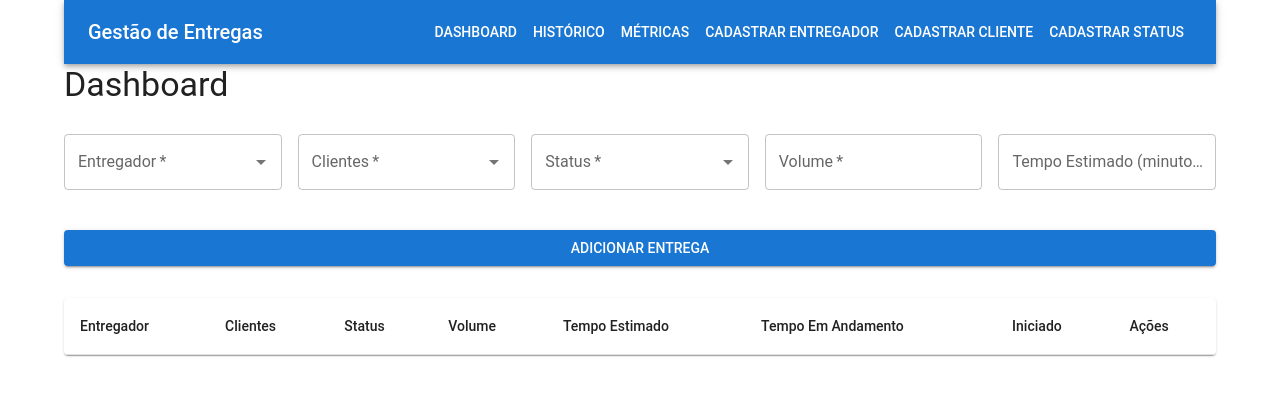
Repository: feliperanon/mobilegestao
Page: /dashboard (app in frontend/)
These files come from the project's save history. The page is drawn as it stood at one moment and after the next save; the edit follows.
The browser window is 1280 px wide. The pictures show the whole page.
The page's requests for data from a server got no answer. The project was rebuilt for these pictures with package versions that can differ from the ones it lists, and the page was loaded fresh each time. No one was signed in, and anything a server would have sent is missing. Also part of the build but not shown: frontend/webpack.config.js, frontend/src/pages/Home.js, frontend/src/pages/History.js, frontend/src/pages/Analysis.js, frontend/src/components/Login.js, frontend/src/components/Register.js, frontend/src/components/AddEntregador.js, frontend/src/components/AddCliente.js and 2 more.

Above is the page before, as saved 2024-07-20 19:33:37.

After the next save:
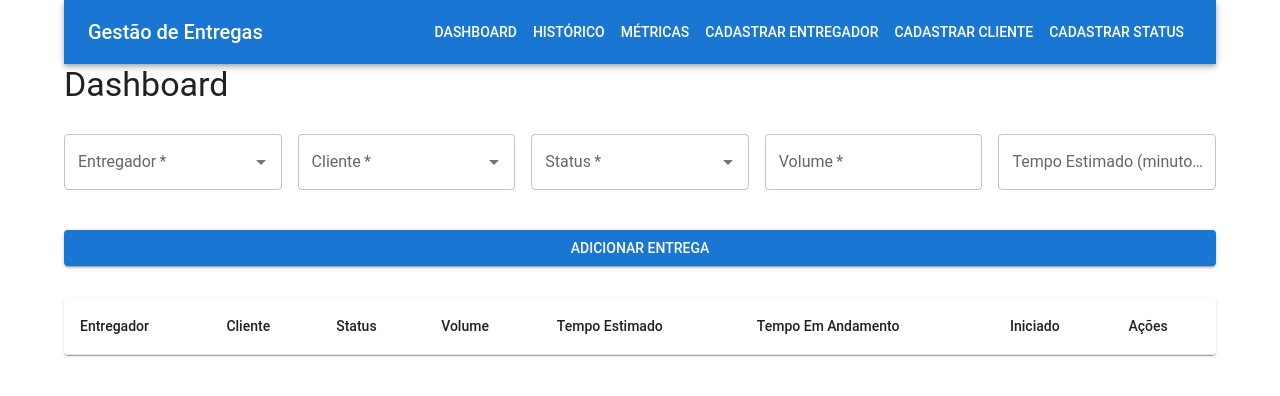
Saved 4 min 19 s later.
--- a/frontend/src/components/Dashboard.js
+++ b/frontend/src/components/Dashboard.js
@@ -31,15 +31,13 @@
   const [clientes, setClientes] = useState([]);
   const [statusList, setStatusList] = useState([]);
   const [entregador, setEntregador] = useState(null);
-  const [selectedClientes, setSelectedClientes] = useState([]);
+  const [cliente, setCliente] = useState(null);
   const [status, setStatus] = useState(null);
   const [volume, setVolume] = useState('');
   const [tempoEstimado, setTempoEstimado] = useState('');
   const [editDialogOpen, setEditDialogOpen] = useState(false);
   const [editDeliveryId, setEditDeliveryId] = useState(null);
   const [editEntregador, setEditEntregador] = useState(null);
-  const [deleteDialogOpen, setDeleteDialogOpen] = useState(false);
-  const [deleteDeliveryId, setDeleteDeliveryId] = useState(null);
 
   useEffect(() => {
     const fetchData = async () => {
@@ -79,7 +77,7 @@
     try {
       const res = await axios.post('http://localhost:5008/api/deliveries', {
         entregador: entregador?.nome,
-        clientes: selectedClientes.map(cliente => cliente.nome),
+        cliente: cliente?.nome,
         status: status?.nome,
         volume,
         tempoEstimado,
@@ -89,7 +87,7 @@
         tempoEmAndamento: 0
       }, ...deliveries]);
       setEntregador(null);
-      setSelectedClientes([]);
+      setCliente(null);
       setStatus(null);
       setVolume('');
       setTempoEstimado('');
@@ -124,12 +122,11 @@
     }
   };
 
-  const handleDelete = async () => {
-    try {
-      await axios.delete(`http://localhost:5008/api/deliveries/${deleteDeliveryId}`);
-      const updatedDeliveries = deliveries.filter((delivery) => delivery._id !== deleteDeliveryId);
-      setDeliveries(updatedDeliveries);
-      closeDeleteDialog();
+  const handleDelete = async (id) => {
+    try {
+      await axios.delete(`http://localhost:5008/api/deliveries/${id}`);
+      const updatedDeliveries = deliveries.filter((delivery) => delivery._id !== id);
+      setDeliveries(updatedDeliveries);
     } catch (err) {
       console.error(err);
     }
@@ -145,16 +142,6 @@
     setEditDialogOpen(false);
     setEditDeliveryId(null);
     setEditEntregador(null);
-  };
-
-  const openDeleteDialog = (id) => {
-    setDeleteDeliveryId(id);
-    setDeleteDialogOpen(true);
-  };
-
-  const closeDeleteDialog = () => {
-    setDeleteDialogOpen(false);
-    setDeleteDeliveryId(null);
   };
 
   return (
@@ -173,12 +160,11 @@
           sx={{ flex: 1 }}
         />
         <Autocomplete
-          multiple
           options={clientes}
           getOptionLabel={(option) => option.nome}
-          value={selectedClientes}
-          onChange={(event, newValue) => setSelectedClientes(newValue)}
-          renderInput={(params) => <TextField {...params} label="Clientes" margin="normal" fullWidth required />}
+          value={cliente}
+          onChange={(event, newValue) => setCliente(newValue)}
+          renderInput={(params) => <TextField {...params} label="Cliente" margin="normal" fullWidth required />}
           sx={{ flex: 1 }}
         />
         <Autocomplete
@@ -218,7 +204,7 @@
           <TableHead>
             <TableRow>
               <TableCell>Entregador</TableCell>
-              <TableCell>Clientes</TableCell>
+              <TableCell>Cliente</TableCell>
               <TableCell>Status</TableCell>
               <TableCell>Volume</TableCell>
               <TableCell>Tempo Estimado</TableCell>
@@ -231,7 +217,7 @@
             {deliveries.map((delivery) => (
               <TableRow key={delivery._id}>
                 <TableCell>{delivery.entregador}</TableCell>
-                <TableCell>{(delivery.clientes || []).join(', ')}</TableCell>
+                <TableCell>{delivery.cliente}</TableCell>
                 <TableCell>{delivery.status}</TableCell>
                 <TableCell>{delivery.volume}</TableCell>
                 <TableCell>{delivery.tempoEstimado}</TableCell>
@@ -244,7 +230,7 @@
                   <IconButton onClick={() => handleFinalize(delivery._id)}>
                     <DoneIcon />
                   </IconButton>
-                  <IconButton onClick={() => openDeleteDialog(delivery._id)}>
+                  <IconButton onClick={() => handleDelete(delivery._id)}>
                     <DeleteIcon />
                   </IconButton>
                 </TableCell>
@@ -271,17 +257,6 @@
           <Button onClick={handleEditSubmit} color="primary">Salvar</Button>
         </DialogActions>
       </Dialog>
-
-      <Dialog open={deleteDialogOpen} onClose={closeDeleteDialog}>
-        <DialogTitle>Confirmar Exclusão</DialogTitle>
-        <DialogContent>
-          <DialogContentText>Tem certeza de que deseja excluir esta entrega?</DialogContentText>
-        </DialogContent>
-        <DialogActions>
-          <Button onClick={closeDeleteDialog}>Cancelar</Button>
-          <Button onClick={handleDelete} color="primary">Excluir</Button>
-        </DialogActions>
-      </Dialog>
     </Container>
   );
 };

After the save that followed:
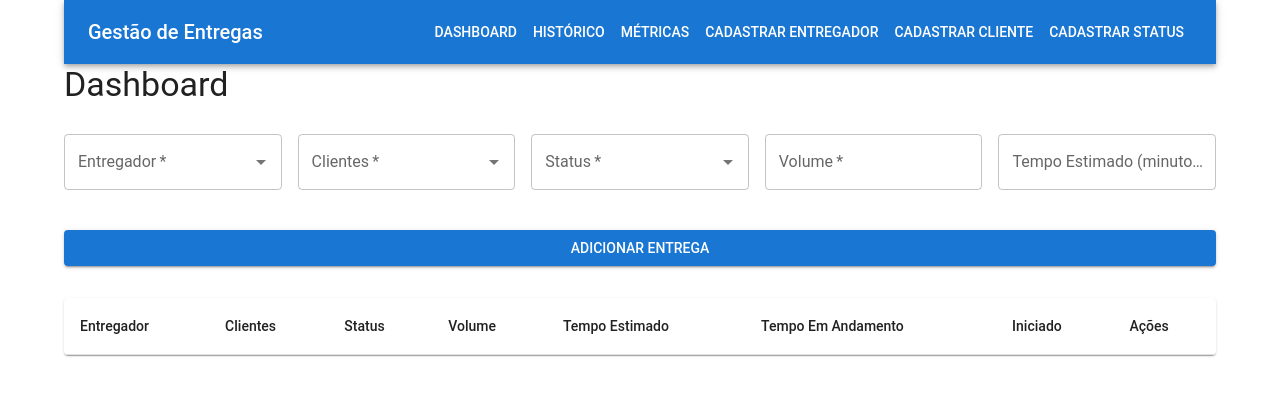
Saved 3 min 14 s later.
--- a/frontend/src/components/Dashboard.js
+++ b/frontend/src/components/Dashboard.js
@@ -31,13 +31,15 @@
   const [clientes, setClientes] = useState([]);
   const [statusList, setStatusList] = useState([]);
   const [entregador, setEntregador] = useState(null);
-  const [cliente, setCliente] = useState(null);
+  const [selectedClientes, setSelectedClientes] = useState([]);
   const [status, setStatus] = useState(null);
   const [volume, setVolume] = useState('');
   const [tempoEstimado, setTempoEstimado] = useState('');
   const [editDialogOpen, setEditDialogOpen] = useState(false);
   const [editDeliveryId, setEditDeliveryId] = useState(null);
   const [editEntregador, setEditEntregador] = useState(null);
+  const [deleteDialogOpen, setDeleteDialogOpen] = useState(false);
+  const [deleteDeliveryId, setDeleteDeliveryId] = useState(null);
 
   useEffect(() => {
     const fetchData = async () => {
@@ -77,7 +79,7 @@
     try {
       const res = await axios.post('http://localhost:5008/api/deliveries', {
         entregador: entregador?.nome,
-        cliente: cliente?.nome,
+        cliente: selectedClientes.map(cliente => cliente.nome),
         status: status?.nome,
         volume,
         tempoEstimado,
@@ -87,7 +89,7 @@
         tempoEmAndamento: 0
       }, ...deliveries]);
       setEntregador(null);
-      setCliente(null);
+      setSelectedClientes([]);
       setStatus(null);
       setVolume('');
       setTempoEstimado('');
@@ -127,6 +129,8 @@
       await axios.delete(`http://localhost:5008/api/deliveries/${id}`);
       const updatedDeliveries = deliveries.filter((delivery) => delivery._id !== id);
       setDeliveries(updatedDeliveries);
+      setDeleteDialogOpen(false);
+      setDeleteDeliveryId(null);
     } catch (err) {
       console.error(err);
     }
@@ -142,6 +146,16 @@
     setEditDialogOpen(false);
     setEditDeliveryId(null);
     setEditEntregador(null);
+  };
+
+  const openDeleteDialog = (id) => {
+    setDeleteDeliveryId(id);
+    setDeleteDialogOpen(true);
+  };
+
+  const closeDeleteDialog = () => {
+    setDeleteDialogOpen(false);
+    setDeleteDeliveryId(null);
   };
 
   return (
@@ -160,11 +174,12 @@
           sx={{ flex: 1 }}
         />
         <Autocomplete
+          multiple
           options={clientes}
           getOptionLabel={(option) => option.nome}
-          value={cliente}
-          onChange={(event, newValue) => setCliente(newValue)}
-          renderInput={(params) => <TextField {...params} label="Cliente" margin="normal" fullWidth required />}
+          value={selectedClientes}
+          onChange={(event, newValue) => setSelectedClientes(newValue)}
+          renderInput={(params) => <TextField {...params} label="Clientes" margin="normal" fullWidth required />}
           sx={{ flex: 1 }}
         />
         <Autocomplete
@@ -204,7 +219,7 @@
           <TableHead>
             <TableRow>
               <TableCell>Entregador</TableCell>
-              <TableCell>Cliente</TableCell>
+              <TableCell>Clientes</TableCell>
               <TableCell>Status</TableCell>
               <TableCell>Volume</TableCell>
               <TableCell>Tempo Estimado</TableCell>
@@ -217,7 +232,7 @@
             {deliveries.map((delivery) => (
               <TableRow key={delivery._id}>
                 <TableCell>{delivery.entregador}</TableCell>
-                <TableCell>{delivery.cliente}</TableCell>
+                <TableCell>{delivery.cliente.join(', ')}</TableCell>
                 <TableCell>{delivery.status}</TableCell>
                 <TableCell>{delivery.volume}</TableCell>
                 <TableCell>{delivery.tempoEstimado}</TableCell>
@@ -230,7 +245,7 @@
                   <IconButton onClick={() => handleFinalize(delivery._id)}>
                     <DoneIcon />
                   </IconButton>
-                  <IconButton onClick={() => handleDelete(delivery._id)}>
+                  <IconButton onClick={() => openDeleteDialog(delivery._id)}>
                     <DeleteIcon />
                   </IconButton>
                 </TableCell>
@@ -257,6 +272,17 @@
           <Button onClick={handleEditSubmit} color="primary">Salvar</Button>
         </DialogActions>
       </Dialog>
+
+      <Dialog open={deleteDialogOpen} onClose={closeDeleteDialog}>
+        <DialogTitle>Confirmar Exclusão</DialogTitle>
+        <DialogContent>
+          <DialogContentText>Tem certeza de que deseja excluir esta entrega?</DialogContentText>
+        </DialogContent>
+        <DialogActions>
+          <Button onClick={closeDeleteDialog}>Cancelar</Button>
+          <Button onClick={() => handleDelete(deleteDeliveryId)} color="primary">Excluir</Button>
+        </DialogActions>
+      </Dialog>
     </Container>
   );
 };
